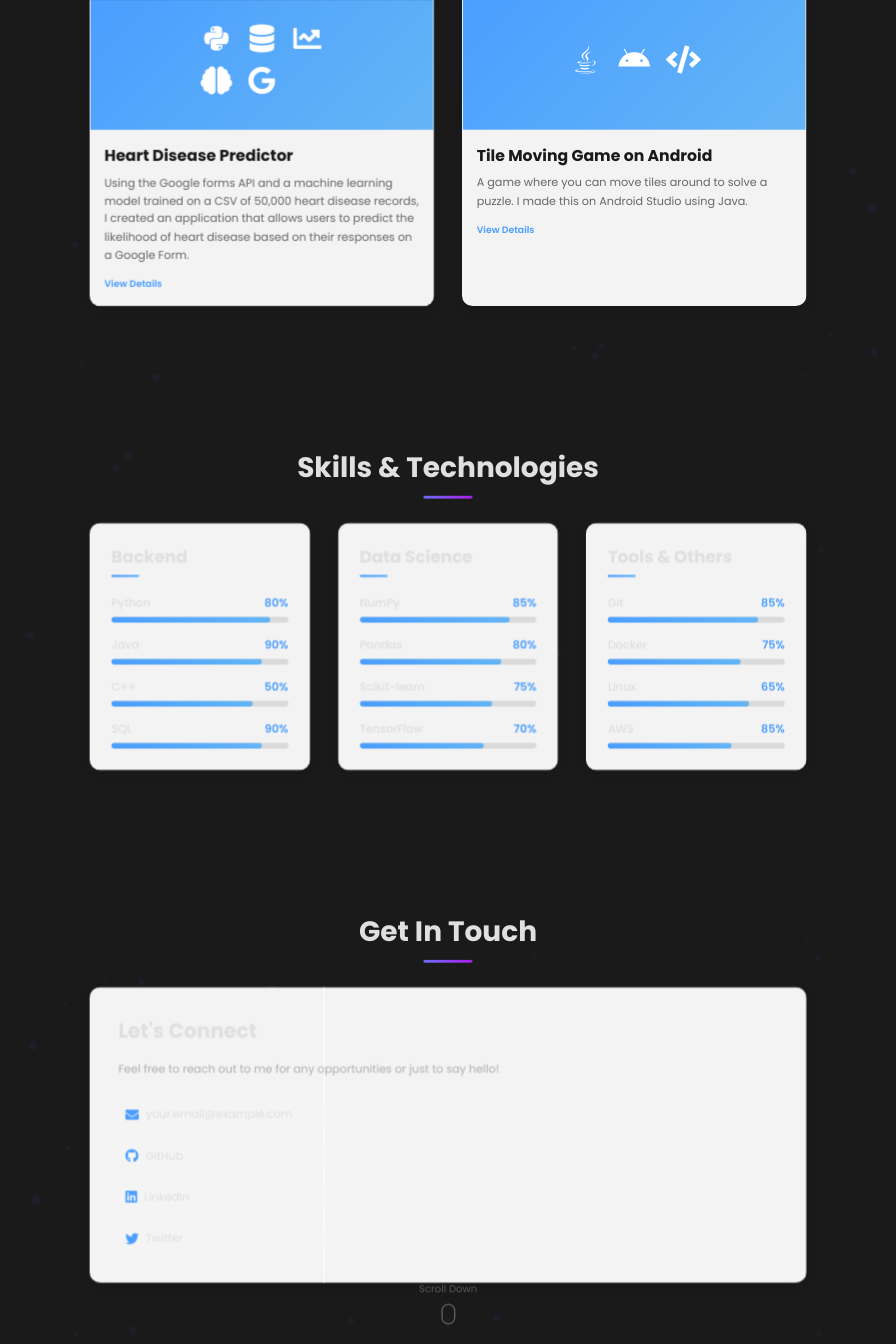
Repository: connorGS9/portfolio-website
Page: /
These files come from the project's save history. The page is drawn as it stood at one moment and after the next save; the edit follows.
The browser window is 1280 px wide. The pictures show the part of the page from y = 1156 to 3076 px (the page is 3527 px tall), at 70% of full size.
The project was rebuilt for these pictures with package versions that can differ from the ones it lists, and the page was loaded fresh each time.

Above is the page before, as saved 2025-06-04 23:04:00.

### public/index.html
<!DOCTYPE html>
<html lang="en">
<head>
  <meta charset="UTF-8" />
  <meta name="viewport" content="width=device-width, initial-scale=1.0" />
  <meta name="description" content="Connor's personal portfolio website showcasing projects and development skills" />
  <title>Connor Smith | Portfolio</title>

  <!-- Font Awesome -->
  <link rel="stylesheet" href="https://cdnjs.cloudflare.com/ajax/libs/font-awesome/5.15.4/css/all.min.css" />

  <!-- Google Fonts -->
  <link rel="preconnect" href="https://fonts.googleapis.com">
  <link rel="preconnect" href="https://fonts.gstatic.com" crossorigin>
  <link href="https://fonts.googleapis.com/css2?family=Poppins:wght@300;400;500;600;700&display=swap" rel="stylesheet">
</head>
<body>
  <noscript>You need to enable JavaScript to run this app.</noscript>
  <div id="root"></div>
</body>
</html>

### src/app.jsx
import React, { useState, useEffect } from 'react';
import { BrowserRouter as Router, Routes, Route } from 'react-router-dom';
import Navbar from './components/Navbar';
import Home from './pages/Home';
import About from './pages/About';
import Projects from './pages/Projects';
import Contact from './pages/Contact';
import Footer from './components/Footer';
import AnimatedCursor from './components/AnimatedCursor';
import BackgroundAnimation from './components/BackgroundAnimation';
import './styles/App.css';

function App() {
  const [isLoading, setIsLoading] = useState(true);

  useEffect(() => {
    // Simulate loading time
    setTimeout(() => {
      setIsLoading(false);
    }, 1500);
  }, []);

  return (
    <Router>
      <div className="app">
        {isLoading ? (
          <div className="loader">
            <div className="loader-content">
              <div className="loader-circle"></div>
              <h2>Loading...</h2>
            </div>
          </div>
        ) : (
          <>
            <AnimatedCursor />
            <BackgroundAnimation />
            <Navbar />
            <main>
              <Routes>
                <Route path="/" element={<Home />} />
                <Route path="/about" element={<About />} />
                <Route path="/projects" element={<Projects />} />
                <Route path="/contact" element={<Contact />} />
              </Routes>
            </main>
            <Footer />
          </>
        )}
      </div>
    </Router>
  );
}

export default App;

### src/pages/Home.jsx
import React, { useEffect, useRef } from 'react';
import '../styles/Home.css';
import profileImage from '../pic_of_me.jpg';

const Home = () => {
  const titleRef = useRef(null);
  const subtitleRef = useRef(null);
  const ctaRef = useRef(null);
  const particlesRef = useRef(null);
  const projectsParticlesRef = useRef(null);
  const contactParticlesRef = useRef(null);

  const createParticles = (container) => {
    if (!container) return;

    //Clear existing particles
    container.innerHTML = '';

    for (let i = 0; i < 50; i++) {
      const particle = document.createElement('div');
      particle.className = 'particle';

      //Random position, size and animation delay
      const size = Math.random() * 10 + 5;
      const posX = Math.random() * 100;
      const posY = Math.random() * 100;
      const delay = Math.random() * 5;
      const duration = Math.random() * 10 + 10;

      particle.style.width = `${size}px`;
      particle.style.height = `${size}px`;
      particle.style.left = `${posX}%`;
      particle.style.top = `${posY}%`;
      particle.style.animationDelay = `${delay}s`;
      particle.style.animationDuration = `${duration}s`;

      container.appendChild(particle);
    }
  };

  useEffect(() => {
    //Add animation classes after component mounts
    setTimeout(() => {
      if (titleRef.current) titleRef.current.classList.add('animate-in');
      setTimeout(() => {
        if (subtitleRef.current) subtitleRef.current.classList.add('animate-in');
        setTimeout(() => {
          if (ctaRef.current) ctaRef.current.classList.add('animate-in');
        }, 400);
      }, 400);
    }, 100);

    //Initialize particles for all sections
    const initializeParticles = () => {
      createParticles(particlesRef.current);
      createParticles(projectsParticlesRef.current);
      createParticles(contactParticlesRef.current);
    };

    initializeParticles();
    window.addEventListener('resize', initializeParticles);

    return () => {
      window.removeEventListener('resize', initializeParticles);
    };
  }, []);

  return (
    <section className="home">
      {/* Hero/About Section */}
      <div className="particles-container" ref={particlesRef}></div>
      <div id="about" className="hero">
        <div className="hero-content">
          <div className="hero-text">
            <h1 ref={titleRef} className="title">
              <span className="highlight">Hello,</span> I'm Connor
            </h1>
            <p ref={subtitleRef} className="subtitle">
              Aspiring Backend Software Engineer & Competitive Programmer!
            </p>
            <div ref={ctaRef} className="about-text">
              <p>
                I'm a practicing backend developer with a special interest in building robust server-side systems
                and solving complex programming challenges. My journey in software development combines
                practical experience with competitive programming, allowing me to approach problems
                with both creativity and analytical thinking.
              </p>
              <p>
                When I'm not working on projects, you can find me participating in competitive programming contests,
                going to the gym, or doing almost anything outdoors. I believe in writing clean,
                efficient code and creating user-friendly applications that make a real impact.
              </p>
            </div>
          </div>
          <div className="hero-image">
            <div className="image-container">
              <img src={profileImage} alt="Connor" className="profile-image" />
              <div className="image-overlay"></div>
            </div>
          </div>
        </div>
      </div>

      <div className="scroll-indicator">
        <span>Scroll Down</span>
        <div className="scroll-arrow"></div>
      </div>

      {/* Projects Section */}
      <div id="projects" className="featured-section">
        <div className="particles-container" ref={projectsParticlesRef}></div>
        <h2 className="section-title">Featured Projects</h2>
        <div className="featured-grid">
          <div className="featured-item">
            <div className="featured-tech">
              <div className="tech-icons">
                <i className="fab fa-python" title="Python"></i>
                <i className="fas fa-database" title="Pandas"></i>
                <i className="fas fa-chart-line" title="NumPy"></i>
                <i className="fas fa-brain" title="Machine Learning"></i>
                <i className="fab fa-google" title="Google Forms API"></i>
              </div>
            </div>
            <h3>Heart Disease Predictor</h3>
            <p>Using the Google forms API and a machine learning model trained on a CSV of 50,000 heart disease records, I created an application that allows users to predict the likelihood of heart disease based on their responses on a Google Form.</p>
            <button
              onClick={() => document.getElementById('contact').scrollIntoView({ behavior: 'smooth' })}
              className="featured-link"
            >
              View Details
            </button>
          </div>

          <div className="featured-item">
            <div className="featured-tech">
              <div className="tech-icons">
                <i className="fab fa-java" title="Java"></i>
                <i className="fab fa-android" title="Android Studio"></i>
                <i className="fas fa-code" title="XML"></i>
              </div>
            </div>
            <h3>Tile Moving Game on Android</h3>
            <p>A game where you can move tiles around to solve a puzzle. I made this on Android Studio using Java.</p>
            <button
              onClick={() => document.getElementById('contact').scrollIntoView({ behavior: 'smooth' })}
              className="featured-link"
            >
              View Details
            </button>
          </div>
        </div>
      </div>

      {/* Skills Section */}
      <div className="skills-section">
        <h2 className="section-title">Skills & Technologies</h2>
        <div className="skills-grid">
          <div className="skill-category">
            <h3>Backend</h3>
            <div className="skill-items">
              <div className="skill-item">
                <div className="skill-info">
                  <span>Python</span>
                  <span>80%</span>
                </div>
                <div className="skill-bar">
                  <div className="skill-progress" style={{ width: '90%' }}></div>
                </div>
              </div>
              <div className="skill-item">
                <div className="skill-info">
                  <span>Java</span>
                  <span>90%</span>
                </div>
                <div className="skill-bar">
                  <div className="skill-progress" style={{ width: '85%' }}></div>
                </div>
              </div>
              <div className="skill-item">
                <div className="skill-info">
                  <span>C++</span>
                  <span>50%</span>
                </div>
                <div className="skill-bar">
                  <div className="skill-progress" style={{ width: '80%' }}></div>
                </div>
              </div>
              <div className="skill-item">
                <div className="skill-info">
                  <span>SQL</span>
                  <span>90%</span>
                </div>
                <div className="skill-bar">
                  <div className="skill-progress" style={{ width: '85%' }}></div>
                </div>
              </div>
            </div>
          </div>

          <div className="skill-category">
            <h3>Data Science</h3>
            <div className="skill-items">
              <div className="skill-item">
                <div className="skill-info">
                  <span>NumPy</span>
                  <span>85%</span>
                </div>
                <div className="skill-bar">
                  <div className="skill-progress" style={{ width: '85%' }}></div>
                </div>
              </div>
              <div className="skill-item">
                <div className="skill-info">
                  <span>Pandas</span>
                  <span>80%</span>
                </div>
                <div className="skill-bar">
                  <div className="skill-progress" style={{ width: '80%' }}></div>
                </div>
              </div>
              <div className="skill-item">
                <div className="skill-info">
                  <span>Scikit-learn</span>
                  <span>75%</span>
                </div>
                <div className="skill-bar">
                  <div className="skill-progress" style={{ width: '75%' }}></div>
                </div>
              </div>
              <div className="skill-item">
                <div className="skill-info">
                  <span>TensorFlow</span>
                  <span>70%</span>
                </div>
                <div className="skill-bar">
                  <div className="skill-progress" style={{ width: '70%' }}></div>
                </div>
              </div>
            </div>
          </div>

          <div className="skill-category">
            <h3>Tools & Others</h3>
            <div className="skill-items">
              <div className="skill-item">
                <div className="skill-info">
                  <span>Git</span>
                  <span>85%</span>
                </div>
                <div className="skill-bar">
                  <div className="skill-progress" style={{ width: '85%' }}></div>
                </div>
              </div>
              <div className="skill-item">
                <div className="skill-info">
                  <span>Docker</span>
                  <span>75%</span>
                </div>
                <div className="skill-bar">
                  <div className="skill-progress" style={{ width: '75%' }}></div>
                </div>
              </div>
              <div className="skill-item">
                <div className="skill-info">
                  <span>Linux</span>
                  <span>65%</span>
                </div>
                <div className="skill-bar">
                  <div className="skill-progress" style={{ width: '80%' }}></div>
                </div>
              </div>
              <div className="skill-item">
                <div className="skill-info">
                  <span>AWS</span>
                  <span>85%</span>
                </div>
                <div className="skill-bar">
                  <div className="skill-progress" style={{ width: '70%' }}></div>
                </div>
              </div>
            </div>
          </div>
        </div>
      </div>

      {/* Contact Section */}
      <div id="contact" className="contact-section">
        <div className="particles-container" ref={contactParticlesRef}></div>
        <h2 className="section-title">Get In Touch</h2>
        <div className="contact-content">
          <div className="contact-info">
            <h3>Let's Connect</h3>
            <p>Feel free to reach out to me for any opportunities or just to say hello!</p>
            <div className="contact-links">
              <a href="mailto:connorgsmith2020@gmail.com" className="contact-link">
                <i className="fas fa-envelope"></i> your.email@example.com
              </a>
              <a href="https://github.com/connorgs9" target="_blank" rel="noopener noreferrer" className="contact-link">
                <i className="fab fa-github"></i> GitHub
              </a>
              <a href="https://www.linkedin.com/in/connor-smith-6857b22b5/" target="_blank" rel="noopener noreferrer" className="contact-link">
                <i className="fab fa-linkedin"></i> LinkedIn
              </a>
              <a href="https://x.com/CS2355324" target="_blank" rel="noopener noreferrer" className="contact-link">
                <i className="fab fa-twitter"></i> Twitter
              </a>
            </div>
          </div>
        </div>
      </div>
    </section>
  );
};

export default Home;

### src/styles/AnimatedCursor.css
body {
    cursor: none;
  }

  /* But keep default cursor on touch devices */
  @media (pointer: coarse) {
    body {
      cursor: auto;
    }

    .cursor, .cursor-dot {
      display: none;
    }
  }

  /* Custom cursor styles */
  .cursor {
    position: fixed;
    width: 40px;
    height: 40px;
    pointer-events: none;
    z-index: 999;
    opacity: 0;
    mix-blend-mode: difference;
  }

  .cursor::before,
  .cursor::after {
    content: '';
    position: absolute;
    background-color: #4a9eff;
    opacity: 0.8;
  }

  .cursor::before {
    width: 2px;
    height: 20px;
    left: 50%;
    top: 50%;
    transform: translate(-50%, -50%);
  }

  .cursor::after {
    width: 20px;
    height: 2px;
    left: 50%;
    top: 50%;
    transform: translate(-50%, -50%);
  }


  /* Cursor states */
  .cursor--clicked::before,
  .cursor--clicked::after {
    opacity: 0.5;
    transform: translate(-50%, -50%) scale(0.8);
  }

  .cursor--link-hovered::before,
  .cursor--link-hovered::after {
    opacity: 1;
    transform: translate(-50%, -50%) scale(1.2);
  }

### src/styles/BackgroundAnimation.css
.background-animation {
    position: fixed;
    top: 0;
    left: 0;
    width: 100%;
    height: 100%;
    z-index: -1;
    opacity: 0.6;
  }

  .background-animation canvas {
    display: block;
  }

Loaded but not shown: src/index.js (10 lines, source omitted); src/styles/Home.css (566 lines, source omitted); src/styles/Footer.css (254 lines, source omitted); src/components/Footer.jsx (106 lines, source omitted); src/styles/Navbar.css (201 lines, source omitted); src/components/Navbar.jsx (121 lines, source omitted); src/styles/App.css (194 lines, source omitted); src/components/AnimatedCursor.jsx (103 lines, source omitted); src/components/BackgroundAnimation.jsx (112 lines, source omitted); src/pages/About.jsx (empty); src/pages/Projects.jsx (empty); src/pages/Contact.jsx (empty)

After the next save:
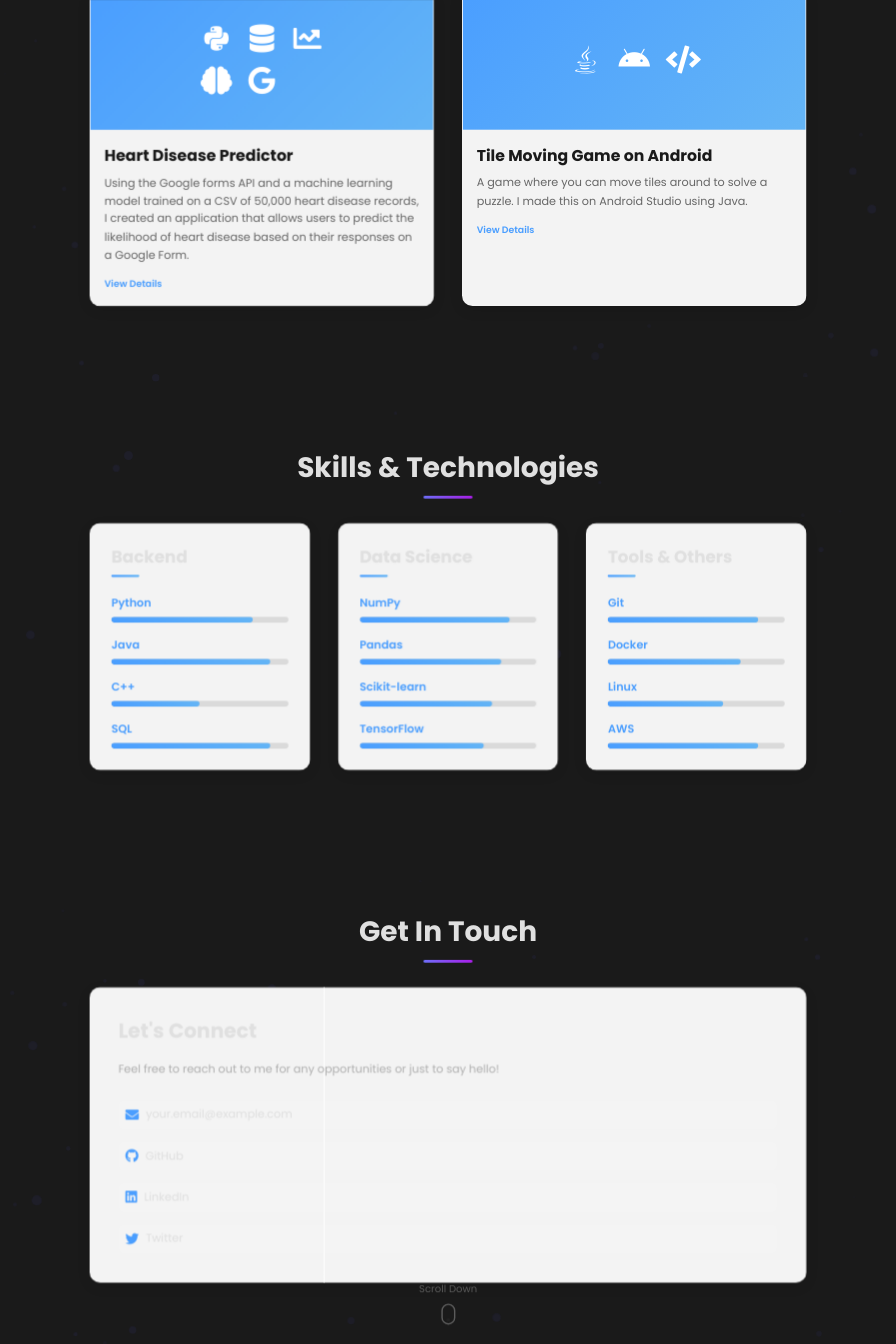
Saved 85 s later.
--- a/src/pages/Home.jsx
+++ b/src/pages/Home.jsx
@@ -161,7 +161,14 @@ const Home = () => {
               <div className="skill-item">
                 <div className="skill-info">
                   <span>Python</span>
-                  <span>80%</span>
+                </div>
+                <div className="skill-bar">
+                  <div className="skill-progress" style={{ width: '80%' }}></div>
+                </div>
+              </div>
+              <div className="skill-item">
+                <div className="skill-info">
+                  <span>Java</span>
                 </div>
                 <div className="skill-bar">
                   <div className="skill-progress" style={{ width: '90%' }}></div>
@@ -169,29 +176,18 @@ const Home = () => {
               </div>
               <div className="skill-item">
                 <div className="skill-info">
-                  <span>Java</span>
-                  <span>90%</span>
-                </div>
-                <div className="skill-bar">
-                  <div className="skill-progress" style={{ width: '85%' }}></div>
-                </div>
-              </div>
-              <div className="skill-item">
-                <div className="skill-info">
                   <span>C++</span>
-                  <span>50%</span>
-                </div>
-                <div className="skill-bar">
-                  <div className="skill-progress" style={{ width: '80%' }}></div>
+                </div>
+                <div className="skill-bar">
+                  <div className="skill-progress" style={{ width: '50%' }}></div>
                 </div>
               </div>
               <div className="skill-item">
                 <div className="skill-info">
                   <span>SQL</span>
-                  <span>90%</span>
-                </div>
-                <div className="skill-bar">
-                  <div className="skill-progress" style={{ width: '85%' }}></div>
+                </div>
+                <div className="skill-bar">
+                  <div className="skill-progress" style={{ width: '90%' }}></div>
                 </div>
               </div>
             </div>
@@ -203,7 +199,6 @@ const Home = () => {
               <div className="skill-item">
                 <div className="skill-info">
                   <span>NumPy</span>
-                  <span>85%</span>
                 </div>
                 <div className="skill-bar">
                   <div className="skill-progress" style={{ width: '85%' }}></div>
@@ -212,7 +207,6 @@ const Home = () => {
               <div className="skill-item">
                 <div className="skill-info">
                   <span>Pandas</span>
-                  <span>80%</span>
                 </div>
                 <div className="skill-bar">
                   <div className="skill-progress" style={{ width: '80%' }}></div>
@@ -221,7 +215,6 @@ const Home = () => {
               <div className="skill-item">
                 <div className="skill-info">
                   <span>Scikit-learn</span>
-                  <span>75%</span>
                 </div>
                 <div className="skill-bar">
                   <div className="skill-progress" style={{ width: '75%' }}></div>
@@ -230,7 +223,6 @@ const Home = () => {
               <div className="skill-item">
                 <div className="skill-info">
                   <span>TensorFlow</span>
-                  <span>70%</span>
                 </div>
                 <div className="skill-bar">
                   <div className="skill-progress" style={{ width: '70%' }}></div>
@@ -245,7 +237,6 @@ const Home = () => {
               <div className="skill-item">
                 <div className="skill-info">
                   <span>Git</span>
-                  <span>85%</span>
                 </div>
                 <div className="skill-bar">
                   <div className="skill-progress" style={{ width: '85%' }}></div>
@@ -254,7 +245,6 @@ const Home = () => {
               <div className="skill-item">
                 <div className="skill-info">
                   <span>Docker</span>
-                  <span>75%</span>
                 </div>
                 <div className="skill-bar">
                   <div className="skill-progress" style={{ width: '75%' }}></div>
@@ -263,19 +253,17 @@ const Home = () => {
               <div className="skill-item">
                 <div className="skill-info">
                   <span>Linux</span>
-                  <span>65%</span>
-                </div>
-                <div className="skill-bar">
-                  <div className="skill-progress" style={{ width: '80%' }}></div>
+                </div>
+                <div className="skill-bar">
+                  <div className="skill-progress" style={{ width: '65%' }}></div>
                 </div>
               </div>
               <div className="skill-item">
                 <div className="skill-info">
                   <span>AWS</span>
-                  <span>85%</span>
-                </div>
-                <div className="skill-bar">
-                  <div className="skill-progress" style={{ width: '70%' }}></div>
+                </div>
+                <div className="skill-bar">
+                  <div className="skill-progress" style={{ width: '85%' }}></div>
                 </div>
               </div>
             </div>
